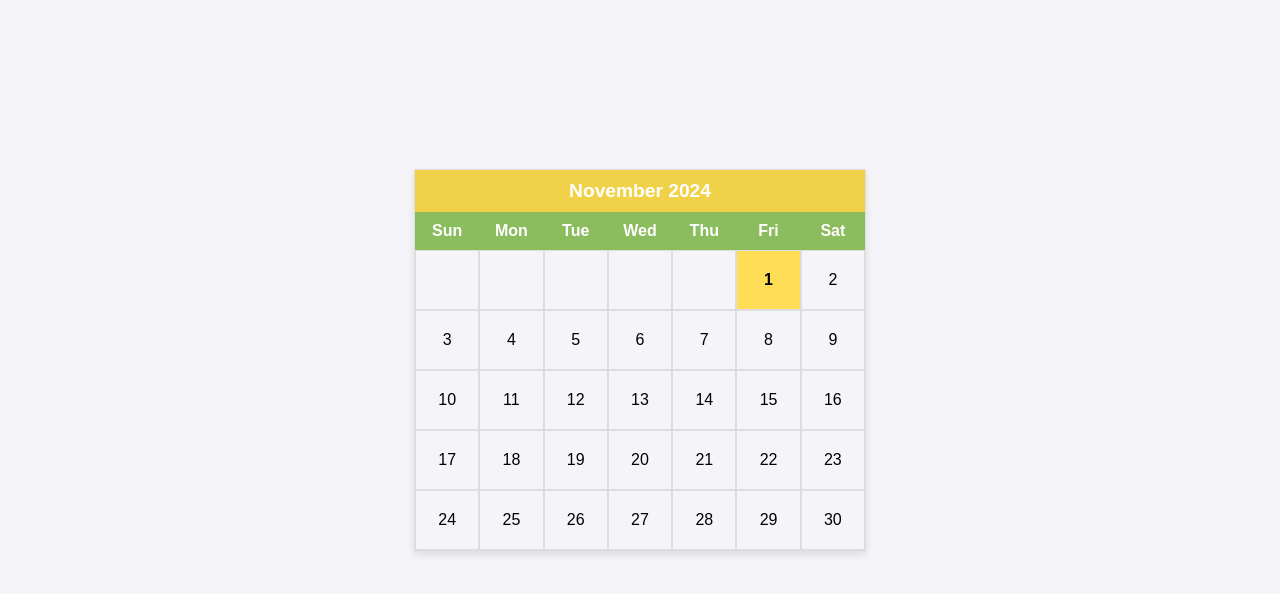
Repository: carrascokarencb37-afk/Nuura
Page: html/calendario.html
An editor plug-in stored every save of this project. The page is shown before and after a run of saves, followed by the edit.
The browser window is 1280 px wide. The pictures show the whole page.

Above is the page before, as saved 2026-05-28 23:24:18.

After the next 4 saves:
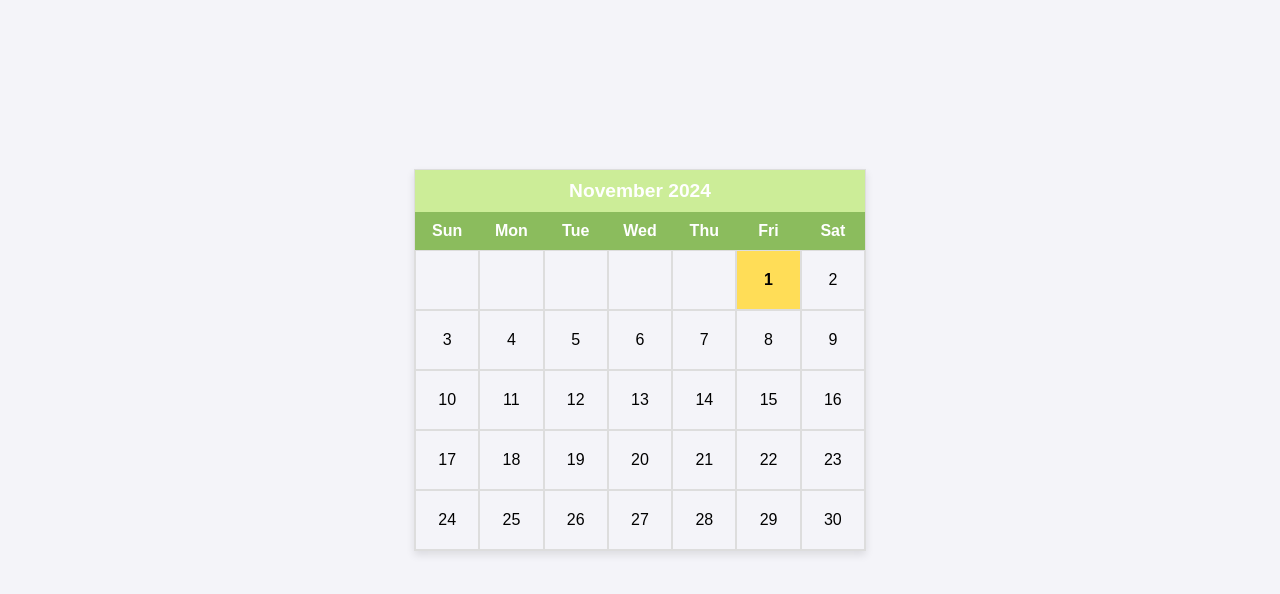
The 4 saves are shown as one change because they came seconds apart.
The last was saved 14 s later.
--- a/css/cale.css
+++ b/css/cale.css
@@ -20,7 +20,7 @@
         /* Calendar header styling */
         .calendar-header {
             text-align: center;
-            background-color: #f1d03ef1;
+            background-color: #cbee93f1;
             color: white;
             padding: 10px;
             font-size: 1.2em;
